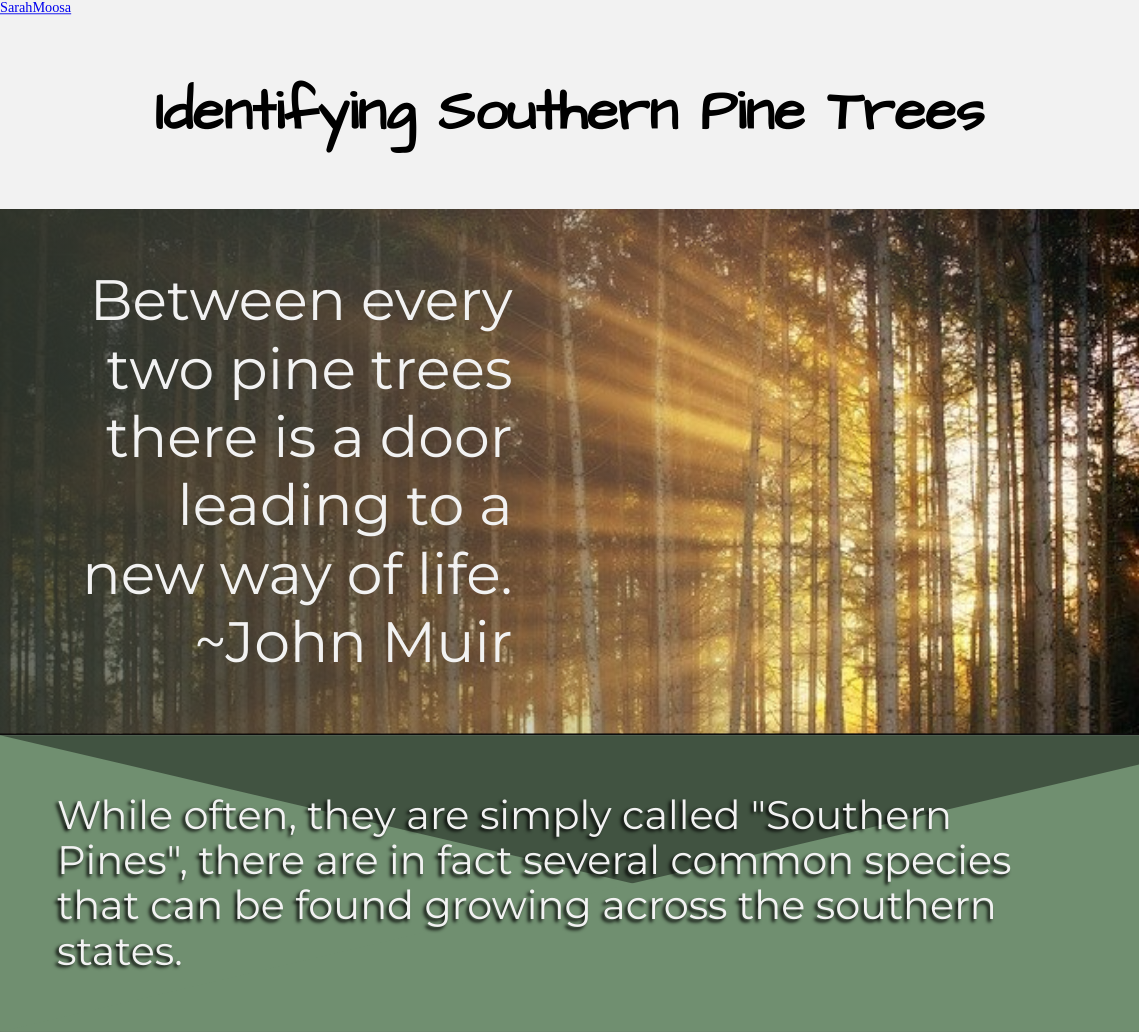
Repository: Sbethm/louisianaPineTrees
Page: pine_main.html
An editor plug-in stored every save of this project. The page is shown before and after the next save, followed by the edit.
The browser window is 1280 px wide. The pictures show the whole page, at 89% of full size.
The style sheet was rebuilt from its Sass, Less or Tailwind sources for each picture, by a compiler version that may differ from the author's.

Above is the page before, as saved 2021-09-23 12:05:56.

### pine_main.html
<!DOCTYPE html>
<html lang="en">
<head>
    <meta charset="UTF-8">
    <meta http-equiv="X-UA-Compatible" content="IE=edge">
    <meta name="viewport" content="width=device-width, initial-scale=1.0">
    <link rel="preconnect" href="https://fonts.googleapis.com">
    <link rel="preconnect" href="https://fonts.gstatic.com" crossorigin>
    <link href="https://fonts.googleapis.com/css2?family=Architects+Daughter&family=Montserrat:ital,wght@0,400;0,500;0,700;1,400;1,500;1,700&display=swap" rel="stylesheet">
    <!--
        headerFont: 'Architects Daughter', cursive;
        mainFont: 'Montserrat', sans-serif;
    -->
    <link rel="stylesheet" href="./CSS/main.css">
    <title>Louisiana Pine Trees</title>
</head>
<body>
    <header>
        <a href="#" class="logo">
            SarahMoosa
        </a>
    </header>
    <main>
        <h1>Identifying Southern Pine Trees</h1>
        <div class="intro-container container">
            <div class="background-grad">
                <p class="float-right quote">Between every two pine trees there is a door leading to a new way of life. ~John Muir</p>
            </div>
        </div>
        <div class="container triangle-bg">
            <div class="triangle-left"></div>
            <div class="triangle-center"></div>
            <div class="triangle-right"></div>
            <p class="call-to-action">While often, they are simply called "Southern Pines", there are in fact several common species that can be found growing across the southern states. </p>
        </div>
        <div class="border"></div>
        <div class="questions-container container">
        </div>
        <!-- <div class="results-btn btn">
                <button>Reveal Your Tree!</button>
        </div>
        <div class="results"></div> -->

    </main>
    <script src="apps.js"></script>
</body>

### apps.js
const questCont = document.querySelector('.questions-container');

questCont.innerHTML =
    `<section class="question-block">
    <div class="question"></div>
    </section>
    <section class="question-block">
    <div class="question"></div>
    </section>
    <section class="question-block">
    <div class="question"></div>
    </section>
    <section class="question-block">
    <div class="question"></div>
    </section>
    <section class="question-block">
    <div class="question"></div>
    </section>`;

const questions = {
    1: {
        quest: "How many needles are in the bundle?",
        an: {
            a: "1",
            b: "2"
        }
    },
    2: {
        quest: "How many needles are in the bundle?",
        an: {
            a: "1",
            b: "2"
        }
    },
    3: {
        quest: "How many needles are in the bundle?",
        an: {
            a: "1",
            b: "2"
        }
    },
    4: {
        quest: "How many needles are in the bundle?",
        an: {
            a: "1",
            b: "2"
        }
    },
    5: {
        quest: "How many needles are in the bundle?",
        an: {
            a: "1",
            b: "2"
        }
    }
};

document.addEventListener('load', () => {

})

### src/scss/main.scss
@import "./variables";


//GLOBAL STYLES
*{box-sizing: border-box;}

body {
    margin: 0;
    background-color: $mainColorLi;
}

h1,
h2 {
    font-family: $headerFont;
    padding: clamp(0.5em, 5%, 1.5em);
}

h1{
    font-size: clamp(2rem, 5vw ,5rem);
    margin: 0 auto;
    text-align: center;
}

p {
    margin: 0;
    font-family: $mainFont;
    font-size: clamp(1rem, 3.5vw, 4rem);
    line-height: clamp(1.8rem, 4vw, 4.8rem);
    color: $mainColorLi;
    padding: clamp(0.5em, 5%, 1.5em);
}

.container {
    background-color: $mainColorDr;
}

.background-grad {
    background: linear-gradient(90deg, rgba(57,64,53,0.7721463585434174) 0%, rgba(242,242,242,0.19791666666666663) 66%, rgba(242,242,242,0) 100%);
}

.intro-container {
    background-image: url(../img/forest-pine.jpg);
    background-repeat: no-repeat;
    background-size: cover;
    border-bottom: 2px solid $acColorDr;
}

.quote {
    width: 50%;
    text-align: right;
    font-size: clamp(1.8rem, 5vw, 4rem);
    line-height: clamp(2.5rem, 6vw, 5rem);
}

.call-to-action {
    z-index: 2;
}

.triangle-bg {
    display: grid;
    grid-template-columns: 100%;
    grid-template-rows: 100%;
    align-content: center;

    & p {
        grid-row: 1 / 1;
        grid-column: 1 / 1;
        text-shadow: -3px 3px 4px #020202;
    }

    & .triangle-left{
        width: 100%;
        grid-row: 1 / 1;
        grid-column: 1 / 1;
        border-style: solid;
        border-width: 300px 0 0 100vw;
        border-color: transparent transparent transparent $acColorLi;
    }

    // & .triangle-center{
    //     grid-row: 1 / 1;
    //     grid-column: 1 / 1;
    //     border-style: solid;
    //     border-width:  0  0 100px 100vw;
    //     border-color: transparent transparent  transparent $acColorLi;
    // }

    & .triangle-right {
        grid-row: 1 / 1;
        grid-column: 1 / 1;
        border-style: solid;
        border-width:  0 0 300px 100vw;
        border-color: transparent transparent $acColorLi transparent;
    }

    // &::before {
    //     content: "";
    //     position: relative;
    //     top: 300px;
    //     width: 100%;
    //     height: 0;
    //     border-style: solid;
    //     border-width: 300px 0 0 100vw;
    //     border-color: transparent transparent transparent #007bff;
    // }
}

//This code was used to cause grid items to over lap. It worked very well, but I think it is unnecessary and bulkier code than I need for the result that I want.
// .intro-container {
//     display: grid;
//     grid-template-columns: 50% 50%;
//     grid-auto-rows: 100%;

//     & img {
//         grid-column: 1/3;
//         grid-row: 1;
//         display: inline;
//         max-width: 100%;
//         z-index: 1;
//     }

//     & .quote {
//         grid-column: 2/3;
//         grid-row: 1;
//         align-self: center;
//         z-index: 9;
//     }
// }

### src/scss/_variables.scss
//COLORS
$mainColorDr: hsl(120, 12%, 29%);
$mainColorLi: hsl(0, 0%, 95%);
$acColorLi: hsl(120, 12%, 50%);
$acColorDr: hsl(0, 0%, 5%);

//FONTS
$headerFont: 'Architects Daughter', cursive;
$mainFont: 'Montserrat', sans-serif;

After the next save:
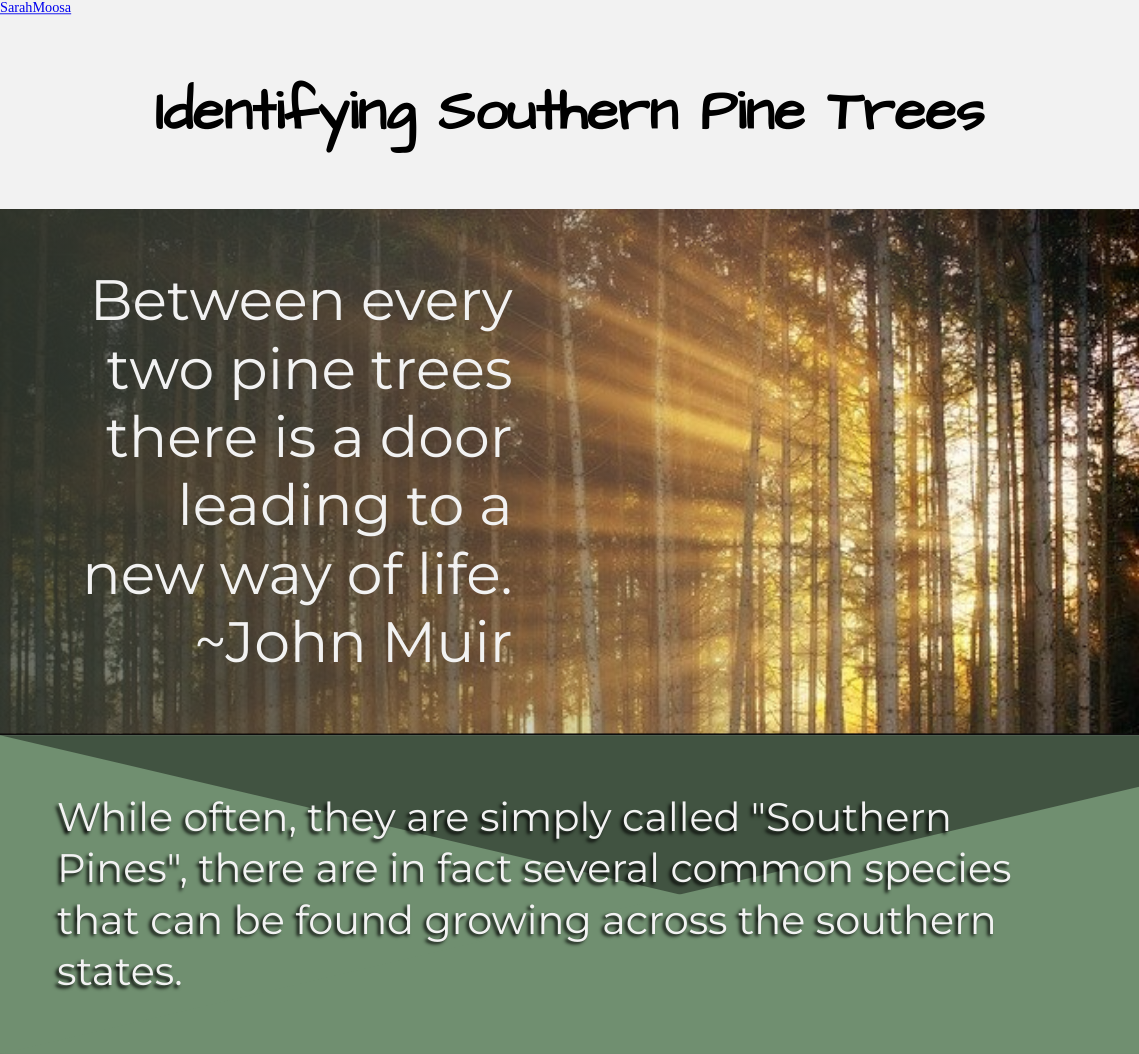
Saved 11 s later.
--- a/src/scss/main.scss
+++ b/src/scss/main.scss
@@ -25,7 +25,7 @@ p {
     margin: 0;
     font-family: $mainFont;
     font-size: clamp(1rem, 3.5vw, 4rem);
-    line-height: clamp(1.8rem, 4vw, 4.8rem);
+    line-height: clamp(1.8rem, 4.5vw, 4.8rem);
     color: $mainColorLi;
     padding: clamp(0.5em, 5%, 1.5em);
 }
